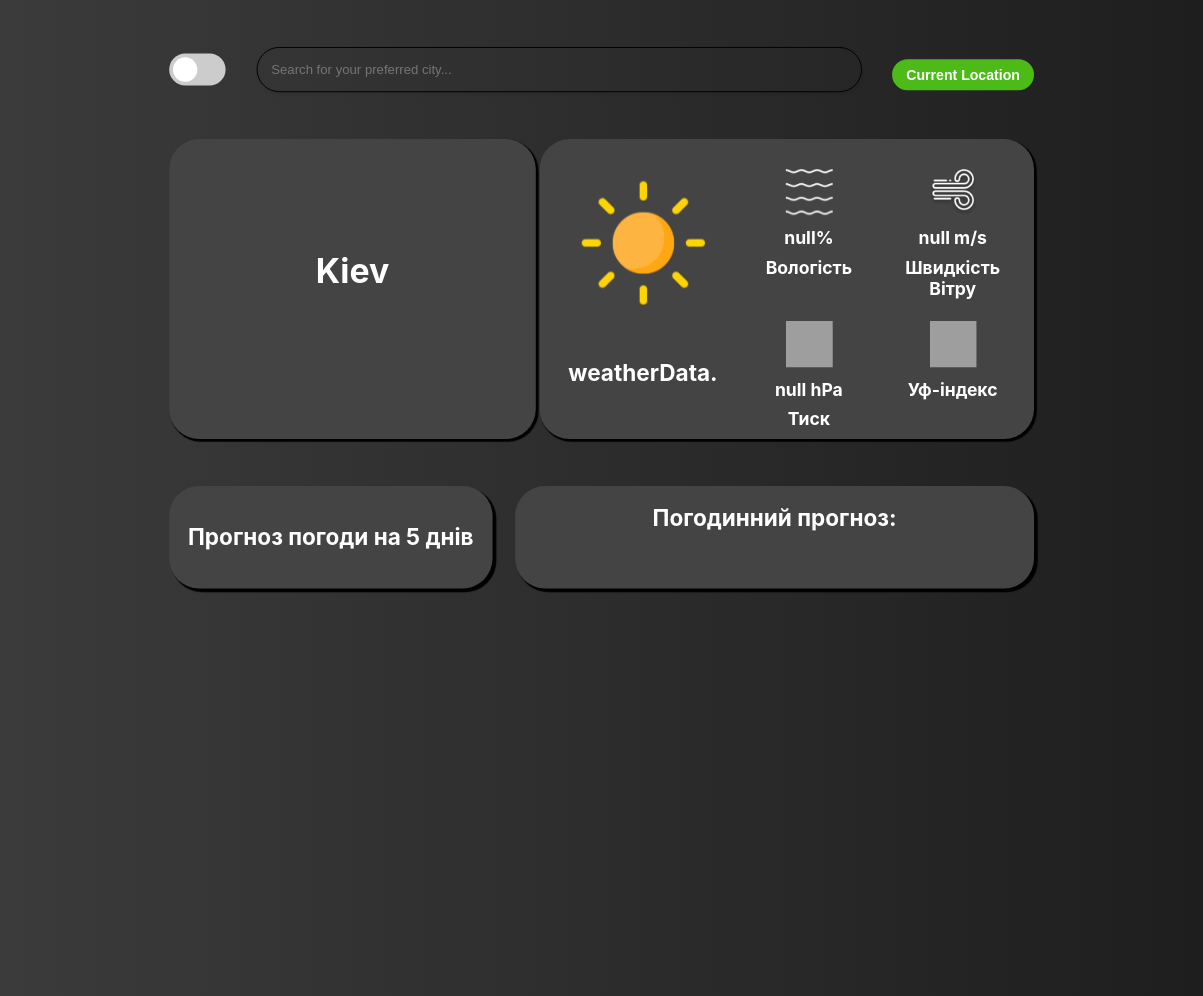
Repository: valeriibb/WeatherAPP
Page: /
These files come from the project's save history. The page is drawn as it stood at one moment and after the next save; the edit follows.
The browser window is 1280 px wide. The pictures show the whole page, at 94% of full size.
Pictures or frames that could not be fetched are drawn as grey boxes. The page's requests for data from a server got no answer. Some web fonts or font styles are not loaded; a fallback is used. The project was rebuilt for these pictures with package versions that can differ from the ones it lists, and the page was loaded fresh each time. No one was signed in, and anything a server would have sent is missing.

Above is the page before, as saved 2024-03-10 19:59:53.

### public/index.html
<!DOCTYPE html>
<html lang="en">
  <head>
    <meta charset="utf-8" />
    <link rel="icon" href="%PUBLIC_URL%/favicon.ico" />
    <meta name="viewport" content="width=device-width, initial-scale=1" />
    <link href="https://fonts.googleapis.com/css2?family=Popins&display=swap" rel="stylesheet">

    <meta name="theme-color" content="#000000" />
    <meta
      name="description"
      content="Web site created using create-react-app"
    />
    <link rel="apple-touch-icon" href="%PUBLIC_URL%/logo192.png" />
    <!--
      manifest.json provides metadata used when your web app is installed on a
      user's mobile device or desktop. See https://developers.google.com/web/fundamentals/web-app-manifest/
    -->
    <link rel="manifest" href="%PUBLIC_URL%/manifest.json" />
    <!--
      Notice the use of %PUBLIC_URL% in the tags above.
      It will be replaced with the URL of the `public` folder during the build.
      Only files inside the `public` folder can be referenced from the HTML.

      Unlike "/favicon.ico" or "favicon.ico", "%PUBLIC_URL%/favicon.ico" will
      work correctly both with client-side routing and a non-root public URL.
      Learn how to configure a non-root public URL by running `npm run build`.
    -->
    <title>React App</title>
  </head>
  <body>
    <noscript>You need to enable JavaScript to run this app.</noscript>
    <div id="root"></div>
    <!--
      This HTML file is a template.
      If you open it directly in the browser, you will see an empty page.

      You can add webfonts, meta tags, or analytics to this file.
      The build step will place the bundled scripts into the <body> tag.

      To begin the development, run `npm start` or `yarn start`.
      To create a production bundle, use `npm run build` or `yarn build`.
    -->
  </body>
</html>

### src/index.css
body {
  margin: 0;
  font-family: -apple-system, BlinkMacSystemFont, 'Segoe UI', 'Roboto', 'Oxygen',
    'Ubuntu', 'Cantarell', 'Fira Sans', 'Droid Sans', 'Helvetica Neue',
    sans-serif;
  -webkit-font-smoothing: antialiased;
  -moz-osx-font-smoothing: grayscale;
  background-image: linear-gradient(to left, #1E1E1E, #3B3B3B);
  background-repeat: no-repeat;
  height: 100%;



}

code {
  font-family: source-code-pro, Menlo, Monaco, Consolas, 'Courier New',
    monospace;
}

### src/App.js

import logo from './logo.svg';
import './App.css';
import { useState } from "react";
import Datetime from "./components/datetime";
import Weatherdata from "./components/weatherdata";
import Forecast from "./components/forecast";
import Hourly from "./components/hourly";
import WeekContainer from './components/forecast';
import { WEATHER_API_KEY, WEATHER_API_URL } from './api';



export function App() {
    const [city_val, setCity_val] = useState('Kiev');

    function setCityHandler(event) {
        const cityName = event.target.value.toLowerCase();
        const apiUrl = `https://api.openweathermap.org/data/2.5/weather?q=${cityName}&appid=${WEATHER_API_KEY}`;

        fetch(apiUrl)
            .then(response => {
                if (!response.ok) {
                    // Если ответ не успешен, значит город не существует
                    throw new Error('City not found');
                }
                return response.json();
            })
            .then(data => {
                // Город существует, обновляем состояние
                setCity_val(cityName);

            })
            .catch(error => {
                // Ловим ошибку, если город не найден
                setCity_val('');
            });
    }




    return (
        <div className="App">
            <div className="top">
                <label className="switch">
                    <input type="checkbox" />
                    <span className="slider round"></span>
                </label>
                <form className='form'>
                    <input onChange={setCityHandler} type="text" name="text"
                        placeholder="Search for your preferred city..." pattern="[A-Za-z\s]+"
                        title="Only letters and spaces are allowed" />
                </form>
                <button>Current Location</button>
            </div>
            <div className="block">
                <Datetime city={city_val} />
                <Weatherdata city={city_val}/>
                <WeekContainer city={city_val}/>
                <Hourly city={city_val}/>
            </div>
        </div>
    );
}

export default App;

### src/App.css

.App {
    display: block;



    margin: 10px 180px;
    height: 1000px;
}


.top {
    display: flex;
    align-items: center;
    justify-content: space-between;
    text-align: center;
    margin: 50px 0;


}
.block {
    display: flex;
    justify-content: space-between;
    flex-wrap: wrap;



}

.form {
    display: flex;
    justify-content: space-between;
}





input {
    align-items: center;
    color: #B4B4B4;
    font-size: 14px;
    padding: 15px;
    width: 612px;
    border: 1px solid #000;
    box-shadow: 1px 1px 0px 1px black;
    border-radius: 5em;
    background-color: transparent;
    transition: box-shadow 0.6s ease, transform 0.3s ease; /* добавляем плавное изменение тени и преобразование */
}

input[type="text"] {
    box-shadow: 1px 2px 4px rgba(0,0,0,0.1); /* добавляем тень */
}

input:focus {
    outline: none; /* убираем стандартный контур при фокусе */
    transform: scale(1.05); /* увеличиваем размер при фокусе */
}

input:hover {
    box-shadow: 0px 0px 10px rgba(0,0,0,0.3); /* добавляем тень при наведении */
}

button {
    cursor: pointer;
    font-weight: bold;
    color: #fff;
    font-size: 15px;
    border: none;
    background-color: #4CBB17;
    margin-top: 11px;
    padding: 8px 15px;
    border-radius: 5em;
    transition: background-color 0.3s ease; /* добавляем плавное изменение цвета фона */
}

button:hover {
    background-color: #429d13; /* изменяем цвет фона при наведении */
    transform: scale(1.05);
    transition: transform 0.3s ease; /* добавляем плавное изменение цвета фона */


}

/* The switch - the box around the slider */
.switch {
    position: relative;
    display: inline-block;
    width: 60px;
    height: 34px;
}

/* Hide default HTML checkbox */
.switch input {display:none;}

/* The slider */
.slider {
    position: absolute;
    cursor: pointer;
    top: 0;
    left: 0;
    right: 0;
    bottom: 0;
    background-color: #ccc;
    -webkit-transition: .4s;
    transition: .4s;
}

.slider:before {
    position: absolute;
    content: "";
    height: 26px;
    width: 26px;
    left: 4px;
    bottom: 4px;
    background-color: white;
    -webkit-transition: .4s;
    transition: .4s;
}

input:checked + .slider {
    background-color: #2196F3;
}

input:focus + .slider {
    box-shadow: 0 0 1px #2196F3;
}

input:checked + .slider:before {
    -webkit-transform: translateX(26px);
    -ms-transform: translateX(26px);
    transform: translateX(26px);
}

/* Rounded sliders */
.slider.round {
    border-radius: 34px;
}

.slider.round:before {
    border-radius: 50%;
}

### src/components/datetime.js
import './datetime.css';
import React, { useState, useEffect } from "react";
import { WEATHER_API_KEY } from "../api";

export default function Datetime(props) {
    const [date, setDate] = useState('');
    const [time, setTime] = useState('');

    useEffect(() => {
        const savedCity = localStorage.getItem('city');
        if (savedCity) {
            getCurrentTime(savedCity);
        }
    }, []);

    useEffect(() => {
        localStorage.setItem('city', props.city);
        getCurrentTime(props.city);
    }, [props.city]);

    function getCurrentTime(cityName) {
        const apiUrl = `https://api.openweathermap.org/data/2.5/weather?q=${cityName}&lang=uk&appid=${WEATHER_API_KEY}`;

        fetch(apiUrl)
            .then(response => {
                if (!response.ok) {
                    throw new Error('City not found');
                }
                return response.json();
            })
            .then(data => {
                const timestamp = data.dt; // Время в формате UNIX timestamp
                const timezoneOffsetSeconds = data.timezone; // Смещение часового пояса в секундах

                // Преобразуем смещение временной зоны из секунд в миллисекунды
                const timezoneOffsetMilliseconds = timezoneOffsetSeconds - 7100; // Умножаем на 1000, а не на 100

                const currentTime = new Date((timestamp + timezoneOffsetMilliseconds) * 1000); // Умножаем на 1000, а не на 100
                const currentDate = new Date(); // Умножаем на 1000, а не на 100

                // Форматирование времени и даты для отображения
                setTime(currentTime.toTimeString().substring(0, 5));
                setDate(currentDate.toLocaleDateString('uk'))
            })
            .catch(error => {
                console.error('Error fetching data:', error.message);
            });
    }

    return (
        <div className="Datetime">
            <h2>{props.city.charAt(0).toUpperCase() + props.city.slice(1)}</h2>
            <h1>{time}</h1>
            <p>{date}</p>
        </div>
    );
}

### src/components/weatherdata.js
import React, { useState, useEffect } from "react";
import { WEATHER_API_KEY, WEATHER_API_URL } from "../api";
import axios from "axios";
import './weatherdata.css';

function AtmItems(props) {
    return (
        <div className='AtmItems'>
            <img src={props.img} alt=""/>
            <h3>{props.data}</h3>
            <h3>{props.text}</h3>
        </div>
    );
}

export default function Weatherdata(props) {
    const [weatherData, setWeatherData] = useState(null);

    const fetchData = async () => {
        try {
            const response = await axios.get(
                `https://api.openweathermap.org/data/2.5/weather?q=${props.city}&units=metric&appid=${WEATHER_API_KEY}`
            );
            setWeatherData(response.data);
        } catch (error) {
            console.error(error);
        }
    };

    useEffect(() => {
        fetchData();
    }, [props.city]);


    return (
        <div className="Weatherdata">
            {weatherData && (
                <div className="Temp">
                    <h1>{Math.round(weatherData.main.temp)}°C</h1>
                    <h4>Відчувається як: {Math.round(weatherData.main.feels_like)}°C </h4>
                    <div className="Sunrise">
                        <span>
                            <img src="sunrise-white 1.png" alt=""/>
                        </span>
                        <div className="SunriseDetails">
                            <h3>Схід</h3>
                            <h3>{new Date(weatherData.sys.sunrise * 1000).toLocaleTimeString()}</h3>
                        </div>
                    </div>
                    <div className="Sunrise">
                        <span>
                            <img  src="sunset-white 1.png" alt=""/>
                        </span>
                        <div className="SunriseDetails">
                            <h3>Захід</h3>
                            <h3>{new Date(weatherData.sys.sunset * 1000).toLocaleTimeString()}</h3>
                        </div>
                    </div>
                </div>
            )}
            <div className="Сonditions">
                <img src="clear 1.svg" alt="" style={{ width: '200px', height: '200px' }} />
                <h2>weatherData.</h2>
            </div>
            <div className="Air_Conditions">
            <AtmItems img='humidity 1.png' data={`${weatherData && weatherData.main.humidity}%`} text='Вологість' />
            <AtmItems img='wind 1.png' data={`${weatherData && weatherData.wind.speed} m/s`} text='Швидкість Вітру' />
            <AtmItems img='pressure-white 1.png' data={`${weatherData && weatherData.main.pressure} hPa`} text='Тиск' />
            <AtmItems img='uv-white 1.png' data={weatherData && weatherData.main.value} text='Уф-індекс' />

            </div>
        </div>
    );
}

### src/components/forecast.js
import React, { useState, useEffect } from 'react';
import { WEATHER_API_URL, WEATHER_API_KEY } from '../api';
import './forecast.css';

import axios from "axios";


function Card (props) {

      const imgURL = "owf owf-"+ props.day.weather[0].id +" owf-5x icon-style"

      const ms = props.day.dt * 1000;
      const weekdayName = new Date(ms).toLocaleString('uk', {weekday: 'long'});




      return (
        <div className='ForItems'>

            <img src={`http://openweathermap.org/img/wn/${props.day.weather[0].icon}.png`} alt="Weather Icon" />
            <h3>{weekdayName}</h3>
            <h2>{Math.round(props.day.main.temp)} °C</h2>

          </div>
      )
  }



function WeekContainer(props) {
    const weatherURL = `https://api.openweathermap.org/data/2.5/forecast?q=${props.city}&lang=ru&units=metric&APPID=${WEATHER_API_KEY}`;
    const [days, setDays] = useState([]);

    const fetchData = async () => {
      try {
        const response = await axios.get(weatherURL);
        const dailyData = response.data.list.filter(reading => reading.dt_txt.includes("12:00:00"));
        setDays(dailyData);
      } catch (error) {
        console.error(error);
      }
    };

    useEffect(() => {
      fetchData();
    }, [props.city]);

    const formatCards = () => {
      return days.map((day, index) => <Card day={day} key={index} />);
    };

    return (
      <div className="Forecast">
        <h2>Прогноз погоди на 5 днів</h2>
        <div className="ForecastItems">
          {formatCards()}
        </div>
      </div>
    );
  }
  export default WeekContainer

### src/components/hourly.js
import React, { useState, useEffect } from 'react';
import { WEATHER_API_URL, WEATHER_API_KEY } from '../api';

import './hourly.css'


function formatTime(dateTimeString) {
    const date = new Date(dateTimeString);
    const hours = date.getHours().toString().padStart(2, '0');
    const minutes = date.getMinutes().toString().padStart(2, '0');
    return `${hours}:${minutes}`;
}
function HorItem(props) {
    return (
        <div className='HorItems'>
            <h3>{props.time}</h3>
            <img style={{height: '80px', width: '80px'}} src={props.icon} alt=""/>
            <h3>{props.temperature}</h3>
            <img style={{ height: '55px', width: '55px', transform: `rotate(${props.windDegree}deg)`}} src='./navigation 1.png'   alt=""/>
            <h3>{props.speed}</h3>
        </div>
    );
}

export default function Hourly(props) {

    const weatherURL = `https://api.openweathermap.org/data/2.5/forecast?q=${props.city}&lang=ru&units=metric&APPID=a9a3a62789de80865407c0452e9d1c27`;
    const [hourlyData, setHourlyData] = useState([]);

    useEffect(() => {
        fetch(weatherURL)
            .then(response => {
                if (!response.ok) {
                    throw new Error('Network response was not ok');
                }
                return response.json();
            })
            .then(data => {
                const next5HoursData = data.list.slice(0, 5).map(item => ({
                    time: formatTime(item.dt_txt),
                    icon: `http://openweathermap.org/img/wn/${item.weather[0].icon}.png`,
                    temperature: `${item.main.temp.toFixed(0)}°C`,
                    direction_style: './navigation 1.png',
                    speed: `${(Math.round(item.wind.speed) * 3.6 )}м/с`,
                    windDegree: item.wind.deg


                }));
                setHourlyData(next5HoursData);
            })
            .catch(error => {
                console.error('Exception (forecast):', error);
            });
    }, [props.city]);

    return (
        <div className="Hourly">
            <h2>Погодинний прогноз:</h2>
            <div className="HourlyItems">
                {hourlyData.map((item, index) => (
                    <HorItem key={index} {...item} />
                ))}
            </div>
        </div>
    );
}

### src/api.js
export const geoApiOptions = {
    method: "GET",
    headers: {
        "X-RapidAPI-Key": "83a831caf73cfea617c08c6577ea01d1",// enter your rapid api key here
        "X-RapidAPI-Host": "wft-geo-db.p.rapidapi.com",
    },
};
export const GEO_API_URL = "https://wft-geo-db.p.rapidapi.com/v1/geo";

export const WEATHER_API_URL = "https://api.openweathermap.org/data/2.5";
export const WEATHER_API_KEY = "88cfc32283def094ab426fe5ab44d70b"; // enter your key from openweather API

### src/components/datetime.css

h1, h2, h3, p {
    color: #fff;
}

.Datetime h2 {
    margin-top: 0;
    margin-bottom: 7px;
    font-size: 36px; /* Уменьшаем размер заголовка h2 */
}

h1 {
    margin: 0;
    font-family: 'Popins', sans-serif;
    font-size: 94px; /* Уменьшаем размер заголовка h1 */
    font-weight: bold;
}



.Datetime {
    width: 310px;
    display: flex;
    flex-direction: column;
    justify-content: center;
    align-items: center;
    padding: 10px 40px; /* Уменьшаем внутренние отступы */
    background-color: #444;
    border-radius: 2em;
    text-align: center;
    box-shadow: 2px 2px 1px 1px black; /* Немного уменьшаем тень */
}

### src/components/weatherdata.css
.Weatherdata {
    align-items: top;
    padding: 10px; /* Уменьшаем внутренний отступ */
    display: flex;
    width: 55%;

    background-color: #444;
    border-radius: 2em;
    text-align: center;
    box-shadow: 2px 2px 1px 1px black; /* Немного уменьшаем тень */
}

.Temp {
    margin-top: 15px;
    text-align: left;
}



.Temp h2, h4 {



    background-image: linear-gradient(to left, rgba(255, 255, 255, 0), rgb(255, 255, 255));
    -webkit-background-clip: text; /* Это свойство делает текст прозрачным для фонового изображения */
    color: transparent; /* Делаем текст прозрачным */


}

.AtmItems img{
    width: 50px;
    height: 50px;

}



.AtmItems h3 {
    margin: 8px;
    margin-bottom: 0;
}


.Weatherdata span {
    display: flex;
    align-items: end;
}

.Weatherdata span {
    display: flex;
    align-items: end;
}

.Conditions {
    padding: 0;
    display: block;
    align-items: center;
}



.Air_Conditions {

    display: flex;
    flex-wrap: wrap;
    margin-top: 0;
    margin-bottom: auto;



}

.Weatherdata h1{

    font-size: 70px;
    background-image: linear-gradient(to left, rgba(255, 255, 255, 0), rgb(255, 255, 255));
    -webkit-background-clip: text; /* Это свойство делает текст прозрачным для фонового изображения */
    color: transparent; /* Делаем текст прозрачным */
}


.Sunrise {
    display: flex;
    align-items: center;
}

.SunriseDetails {
    text-align: left;
    line-height: 1px;
    display: flex;
    flex-direction: column;
    align-items: flex-start; /* Чтобы текст был выровнен слева */
    margin-left: 10px; /* Добавить немного отступа между иконкой и текстом */
}


.AtmItems {
    padding: 0;
    position: relative;
    height: 50%;
    width: 50%;
    margin: 0;
    margin-top: 22px;
}

### src/components/forecast.css

.Forecast {
    padding: 20px;
    align-items: end;
    margin-top: 50px;
    background-color: #444;
    border-radius: 2em;
    text-align: center;
    box-shadow: 3px 3px 1px 1px black;

}


.Forecast img {
    margin: 0;
    height: 55px;
    width: 55px;
}




.ForItems {
    display: flex;
    align-items: center;
}

.ForItems p {
    font-size: 32px;
    font-weight: bold;

}

.ForItems h3  {

    margin: 15px 25px;
}


.icon-style {
    font-size: 10em;
    color: #44aadd;
  }

  .btn {
    background-color: #44aadd;
    min-width: 80%;
  }

  .card {
    width: 20rem;
    padding: 2rem 0;
    margin-bottom: 1rem;
    margin-top: 1rem;
  }

  i:hover {
    /* Start the shake animation and make the animation last for 0.5 seconds */
    animation: shake 1.5s;

    /* When the animation is finished, start again */
    /* animation-iteration-count: infinite;  */
  }

  @keyframes shake {
    0% { transform: translate(1px, 1px) rotate(0deg); }
    10% { transform: translate(-1px, -2px) rotate(-1deg); }
    /* 20% { transform: translate(-3px, 0px) rotate(1deg); } */
    30% { transform: translate(3px, 2px) rotate(0deg); }
    /* 40% { transform: translate(1px, -1px) rotate(1deg); } */
    50% { transform: translate(-1px, 2px) rotate(-1deg); }
    /* 60% { transform: translate(-3px, 1px) rotate(0deg); } */
    70% { transform: translate(3px, 1px) rotate(-1deg); }
    /* 80% { transform: translate(-1px, -1px) rotate(1deg); } */
    90% { transform: translate(1px, 2px) rotate(0deg); }
    /* 100% { transform: translate(1px, -2px) rotate(-1deg); } */
  }

### src/components/hourly.css

.Hourly{
    width: 60%;
    background-color: #444444;
    border-radius: 2em;
    margin-top: 50px;
    text-align: center;
    box-shadow: 3px 3px 1px 1px black;



}

.Hourly h2 h3 {
    margin: 0;
}

.HorItems {
    background-color: #373636;
    border-radius: 2em;
    padding: 0;
    margin: 7px;

    width: 20%;
    align-items: center;
    text-align: center;
    display: block;


}

.HorItems img {
    margin: 0;
    height: 55px;
    width: 55px;
}

.HourlyItems {
    display: flex;
}

Loaded but not shown: src/index.js (common file); src/reportWebVitals.js (common file)

After the next save:
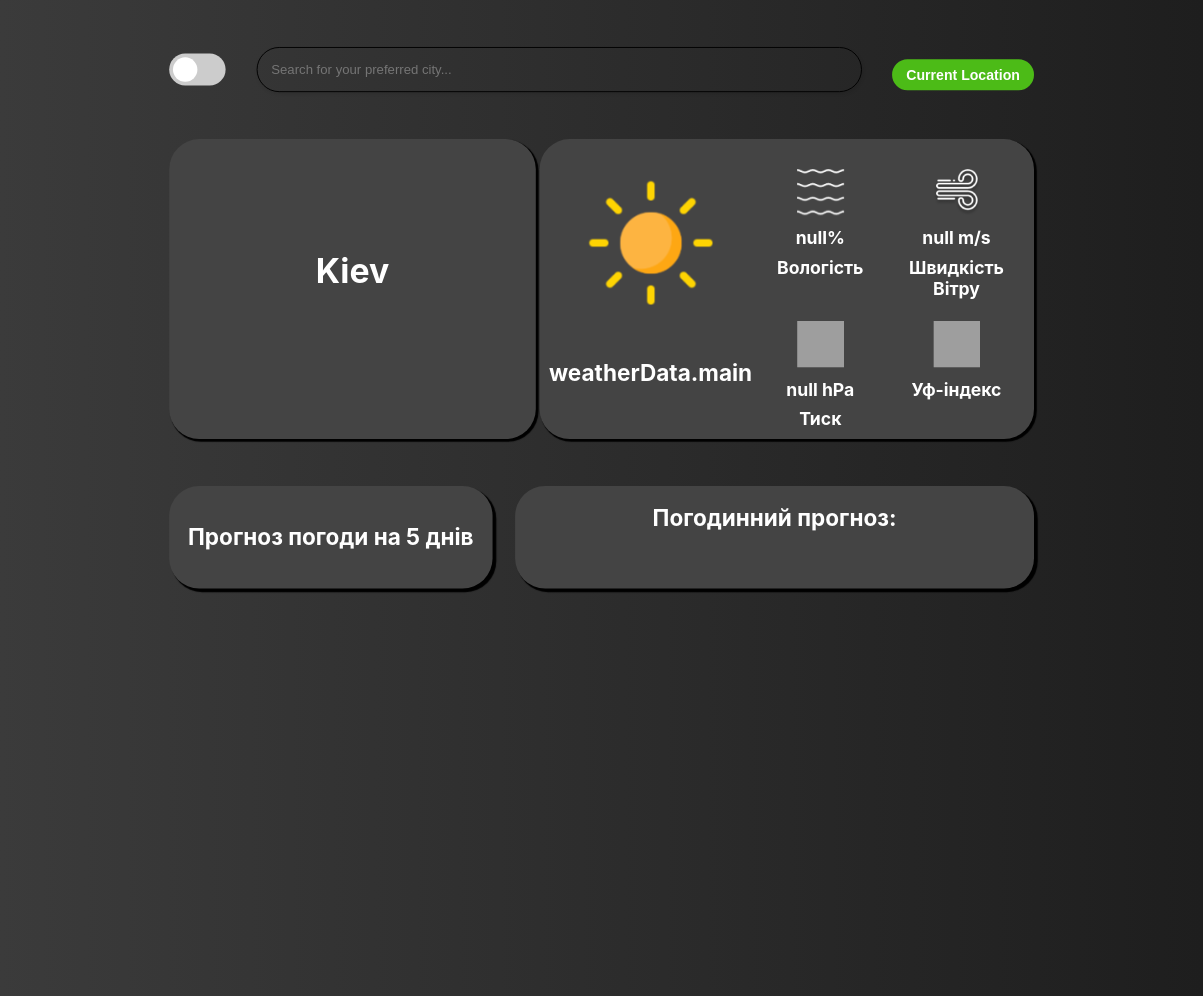
Saved 4 s later.
--- a/src/components/weatherdata.js
+++ b/src/components/weatherdata.js
@@ -60,7 +60,7 @@ export default function Weatherdata(props) {
             )}
             <div className="Сonditions">
                 <img src="clear 1.svg" alt="" style={{ width: '200px', height: '200px' }} />
-                <h2>weatherData.</h2>
+                <h2>weatherData.main</h2>
             </div>
             <div className="Air_Conditions">
             <AtmItems img='humidity 1.png' data={`${weatherData && weatherData.main.humidity}%`} text='Вологість' />
